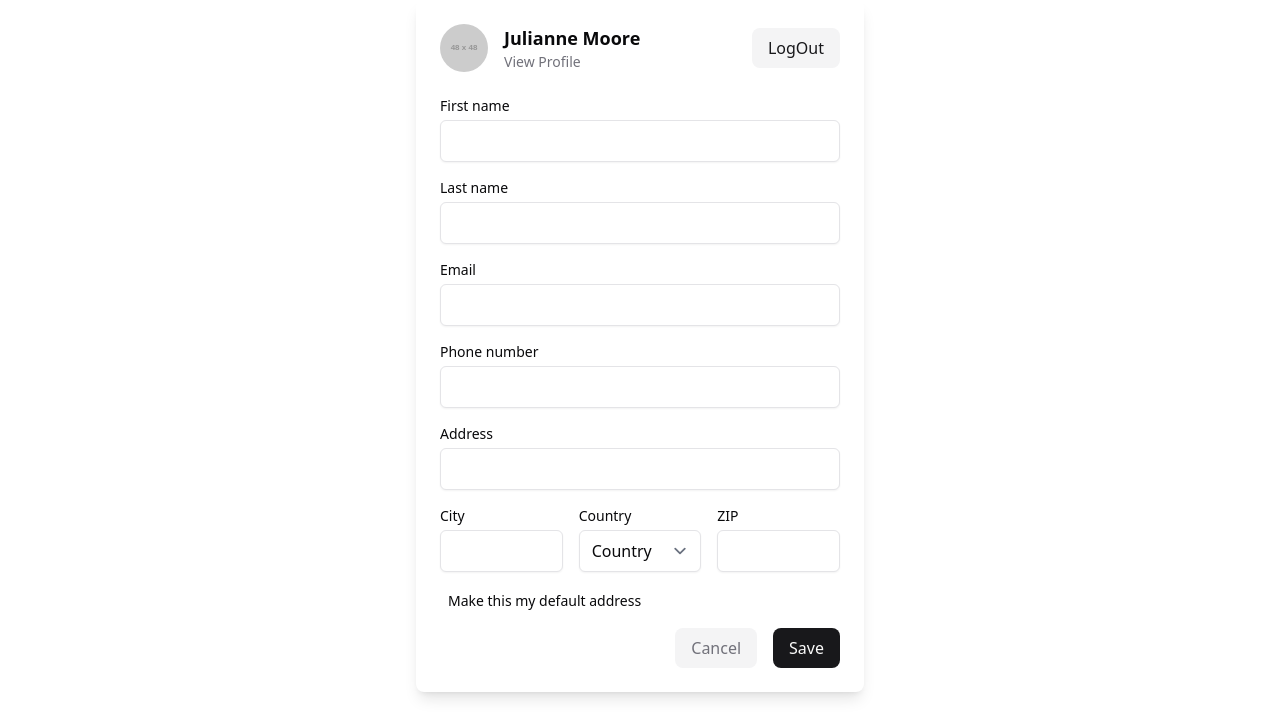
Repository: oafnghh/CassanoSphere
Page: http://localhost/CassanoSphere/setting.jsp
The author's editor kept a copy of each file at every save. The page is drawn from the files as they stood at one save, then again after the next save.
The browser window is 1280 px wide. The pictures show the whole page.
Some web libraries are served in a nearby version. The page is served by Tomcat 9.

Above is the page before, as saved 2024-07-15 15:08:02.

After the next save:
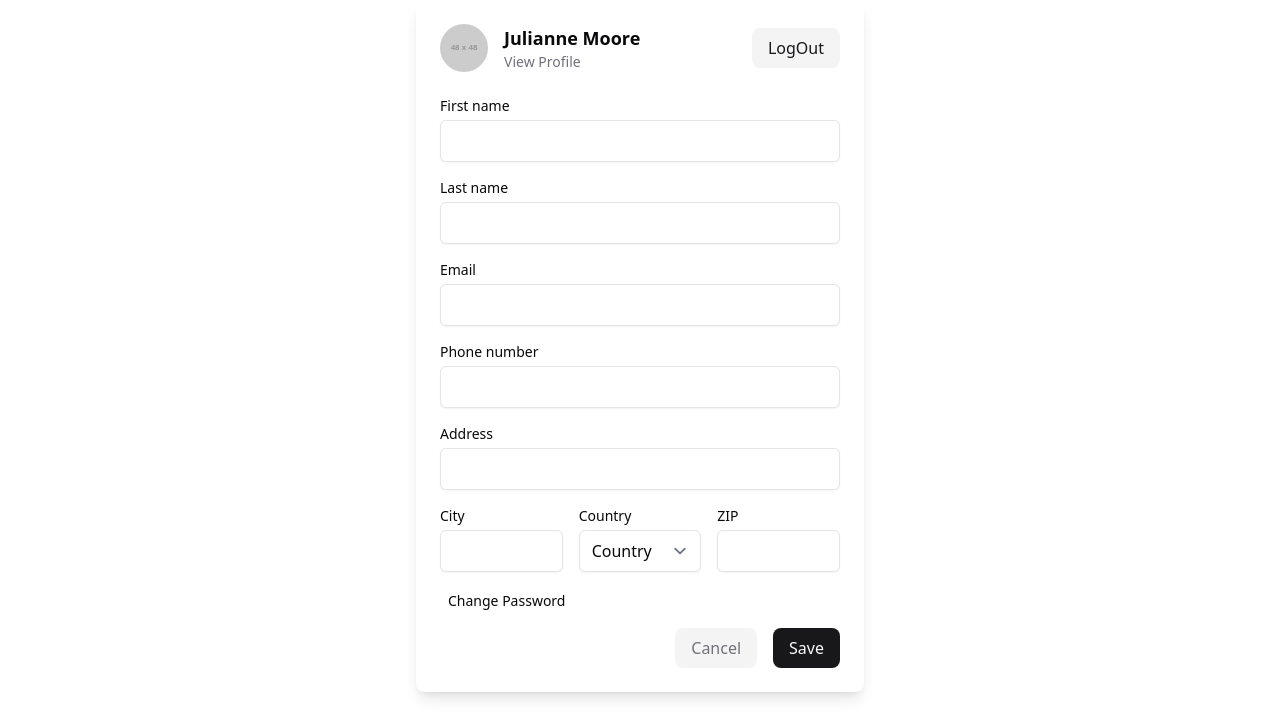
Saved 28 s later.
--- a/CassanoSphere/webapp/www/setting/includes/main.jsp
+++ b/CassanoSphere/webapp/www/setting/includes/main.jsp
@@ -73,8 +73,7 @@
 
 		<div class="mb-4">
 			<label class="inline-flex items-center"><a
-				class="ml-2 text-sm text-foreground">Make this my default
-					address</a>
+				class="ml-2 text-sm text-foreground">Change Password</a>
 			</label>
 		</div>
 
